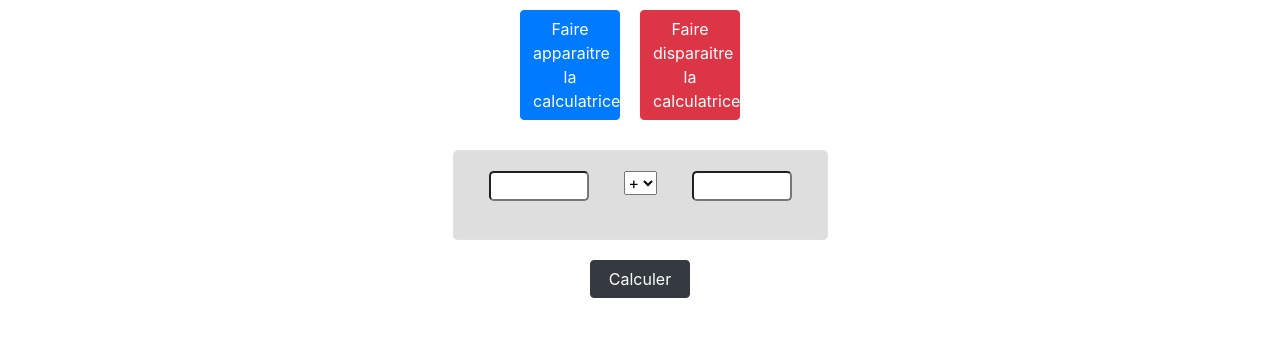
Repository: julieLyM/calculatrice
Page: calculatrice.html
An editor plug-in stored every save of this project. The page is shown before and after the next save, followed by the edit.
The browser window is 1280 px wide. The pictures show the whole page.

Above is the page before, as saved 2020-12-08 15:39:06.

### calculatrice.html
<!DOCTYPE html>
<html lang="fr">
  <head>
    <meta charset="UTF-8">
    <meta name="viewport" content="width=device-width, initial-scale=1.0">
		<link rel="stylesheet" href="https://cdn.jsdelivr.net/npm/bootstrap@4.5.3/dist/css/bootstrap.min.css" integrity="sha384-TX8t27EcRE3e/ihU7zmQxVncDAy5uIKz4rEkgIXeMed4M0jlfIDPvg6uqKI2xXr2" crossorigin="anonymous">

    <title>exercice calculatrice</title>
  </head>
  <body>
    <div class="container-fluid">
        <div class="row justify-content-center" style="padding: 10px; text-align:center">
          <button class="btn btn-primary" style="width: 100px;" id="appear">
            Faire apparaitre la calculatrice
          </button>
          <button class="btn btn-danger" style="width: 100px; margin: 0 20px" id="disapear">
            Faire disparaitre la calculatrice
          </button>
        </div>
        <div class="row justify-content-around border rounded-lg" id="blocCal"  style="padding: 20px;margin: 20px auto; text-align:center; width: 30%;background-color: #dedede">
          <div class="col">
            <input type="text" class="rounded-lg"  id="nombre1" style="width: 100px;">
          </div>
          <div class="col">
            <select name="calcul" id="operateur">
              <option>+</option>
              <option>-</option>
              <option>*</option>
              <option>/</option>
            </select>
          </div>
          <div class="col">
            <input type="text" class="rounded-lg"  id="nombre2" style="width: 100px;">
          </div>
          <br>
          <br>
          </div>
        <div class="row justify-content-center" style="margin-top: 20px">
          <button type="button" class="btn btn-dark" style="width: 100px;" id="calculer">
            Calculer
          </button>
        </div>
        <br>
        <div class="row justify-content-center">
          <div id="message"></div>
        </div>
      </div>
    <!--APPEL JQUERY-->
		<script src="https://code.jquery.com/jquery-3.5.1.min.js" integrity="sha256-9/aliU8dGd2tb6OSsuzixeV4y/faTqgFtohetphbbj0=" crossorigin="anonymous"></script>
		<script src="https://cdn.jsdelivr.net/npm/bootstrap@4.5.3/dist/js/bootstrap.bundle.min.js" integrity="sha384-ho+j7jyWK8fNQe+A12Hb8AhRq26LrZ/JpcUGGOn+Y7RsweNrtN/tE3MoK7ZeZDyx" crossorigin="anonymous"></script>
    <!--NOTRE CODE JS-->
    <script src="calculatrice.js"></script>
  </body>
</html>

### calculatrice.js
//Etapes :
// --------
// - faire une page html
// - créer deux input type text avec deux id différent pour la saisie des valeurs
// - créer un select avec un id pour proposer les différents opérateurs. (+-*/    ** %)
// - créer un bouton avec un id pour lancer le calcul (button, span)

// Avec js :
// ---------
// - lors du click  sur le bouton (evenement) :
// - récupérer les deux saisies des champs text et l'opérateur selectionné

// - il peut être important de passer les saisies dans un parseFloat() pour les transformer en type number
// - declencher le calcul des saisies selon  l'opérateur avec un if qui va tester l'opérateur pour déclencher l'opération.
// - afficher l'opération avec le résultat.

// Pour aller plus loin :
// ----------------------
// - essayer de donner la possibilité de faire apparaitre ou disparaitre la calculatrice

$(document).ready(function () {
  $('#appear').on('click', function () {
    $('#blocCal').slideDown(1000);
  });

  // Cacher la  calculatrice :
  $('#disapear').on('click', function () {
    $('#blocCal').slideUp(1000);
  });

  $('#calculer').on('click', function () {
    var value1 = $('#nombre1').val();
    var signe = $('#operateur').val();
    var value2 = $('#nombre2').val();

    value1 = parseFloat(value1);
    value2 = parseFloat(value2);
    var resultat = '';

    if (signe == '+') {
      resultat = $('#message').html(
        '<div style="background-color: pink;color: yellow; text-align: center;font-size:26px; padding:20px">Résultat addition: ' +
          value1 +
          signe +
          value2 +
          ' = ' +
          (value1 + value2) +
          '</div>'
      );
    } else if (signe == '-') {
      resultat = resultat = $('#message').html(
        '<div style="background-color: pink;color: blue; text-align: center;font-size:26px; padding:20px">Résultat soustration: ' +
          value1 +
          signe +
          value2 +
          ' = ' +
          (value1 - value2) +
          '</div>'
      );
    } else if (signe == '*') {
      resultat = resultat = $('#message').html(
        '<div style="background-color: pink;color: purple; text-align: center;font-size:26px; padding:20px">Résultat multiplication: ' +
          value1 +
          signe +
          value2 +
          ' = ' +
          value1 * value2 +
          '</div>'
      );
    } else if (signe == '/') {
      resultat = resultat = $('#message').html(
        '<div style="background-color: pink;color: green; text-align: center;font-size:26px; padding:20px">Résultat division: ' +
          value1 +
          signe +
          value2 +
          ' = ' +
          value1 / value2 +
          '</div>'
      );
    }
  });

  $('#nombre1, #nombre2').on('mouseover', function () {
    $('#message').html(
      `<div style="background-color: pink;color: red; padding:20px">Saisir un chiffre</div>`
    );
  });

  $('#nombre1, #nombre2').on('mouseout', function () {
    $('#message').html('');
  });

  $('#operateur').on('mouseover', function () {
    $('#message').html(
      `<div style="background-color: pink;color: red; padding:20px">Saisir un opérateur + - / *</div>`
    );
  });
  $('#operateur').on('mouseout', function () {
    $('#message').html('');
  });
});

After the next save:
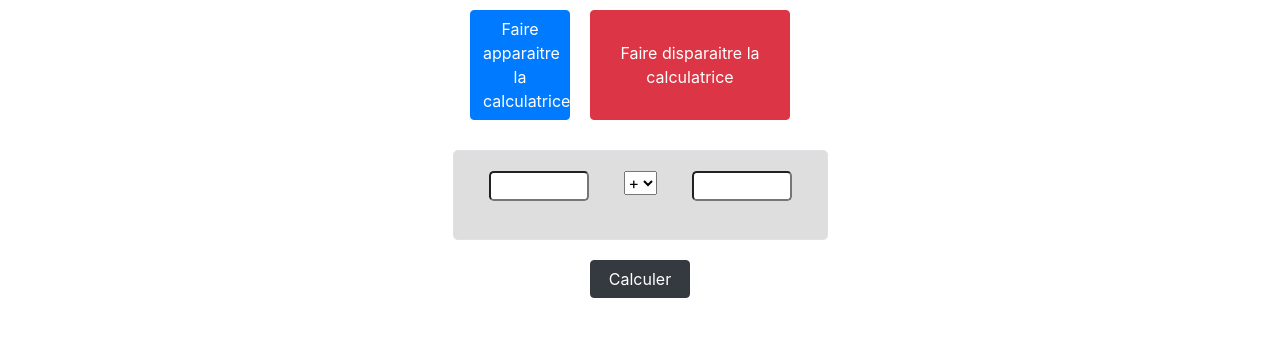
Saved 7 s later.
--- a/calculatrice.html
+++ b/calculatrice.html
@@ -13,7 +13,7 @@
           <button class="btn btn-primary" style="width: 100px;" id="appear">
             Faire apparaitre la calculatrice
           </button>
-          <button class="btn btn-danger" style="width: 100px; margin: 0 20px" id="disapear">
+          <button class="btn btn-danger" style="width: 200px; margin: 0 20px" id="disapear">
             Faire disparaitre la calculatrice
           </button>
         </div>
